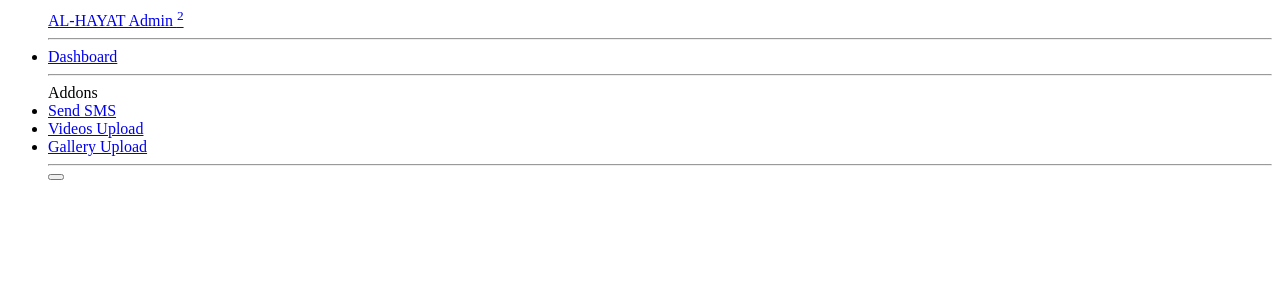
Repository: aache/alhayat
Page: http://localhost/admin/sidebar.php
These files come from the project's save history. The page is drawn as it stood at one moment and after the next save; the edit follows.
The browser window is 1280 px wide. The pictures show the whole page.
The page is run by PHP 8.4 with error messages shown; the project is at /var/www/html/.

Above is the page before, as saved 2019-04-20 10:13:51.

### admin/sidebar.php
<ul class="navbar-nav bg-gradient-primary sidebar sidebar-dark accordion" id="accordionSidebar">

<!-- Sidebar - Brand -->
<a class="sidebar-brand d-flex align-items-center justify-content-center" href="index.html">
  <div class="sidebar-brand-icon rotate-n-15">
    <i class="fas fa-laugh-wink"></i>
  </div>
  <div class="sidebar-brand-text mx-3">AL-HAYAT Admin <sup>2</sup></div>
</a>

<!-- Divider -->
<hr class="sidebar-divider my-0">

<!-- Nav Item - Dashboard -->
<li class="nav-item active">
  <a class="nav-link" href="index.php">
    <i class="fas fa-fw fa-tachometer-alt"></i>
    <span>Dashboard</span></a>
</li>

<!-- Divider -->
<hr class="sidebar-divider">

<!-- Heading -->
<div class="sidebar-heading">
  Addons
</div>

<!-- Nav Item - Charts -->
<li class="nav-item">
  <a class="nav-link" href="send_sms.php">
    <i class="fas fa-fw fa-chart-area"></i>
    <span>Send SMS</span></a>
</li>

<!-- Nav Item - Charts -->
<li class="nav-item">
  <a class="nav-link" href="videos_upload.php">
    <i class="fas fa-fw fa-chart-area"></i>
    <span>Videos Upload</span></a>
</li>

<!-- Nav Item - Charts -->
<li class="nav-item">
  <a class="nav-link" href="gallery_upload.php">
    <i class="fas fa-fw fa-chart-area"></i>
    <span>Gallery Upload</span></a>
</li>

<!-- Divider -->
<hr class="sidebar-divider d-none d-md-block">

<!-- Sidebar Toggler (Sidebar) -->
<div class="text-center d-none d-md-inline">
  <button class="rounded-circle border-0" id="sidebarToggle"></button>
</div>

</ul>

After the next save:
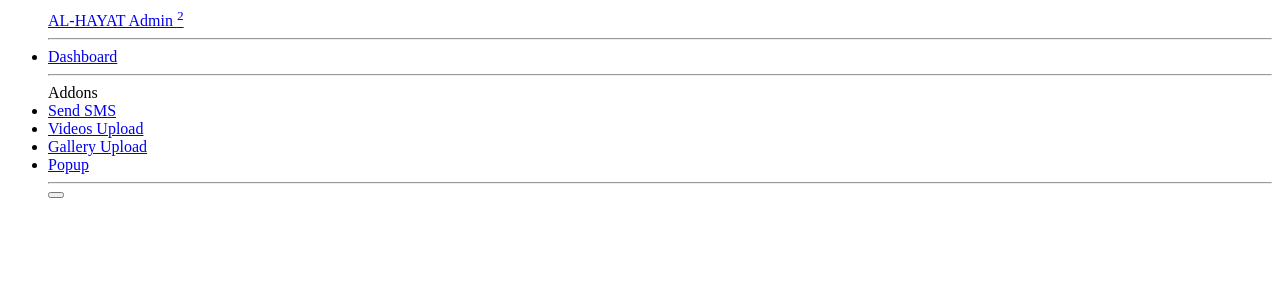
Saved 80 s later.
--- a/admin/sidebar.php
+++ b/admin/sidebar.php
@@ -47,6 +47,12 @@
     <span>Gallery Upload</span></a>
 </li>
 
+<li class="nav-item">
+  <a class="nav-link" href="gallery_upload.php">
+    <i class="fas fa-fw fa-chart-area"></i>
+    <span>Popup</span></a>
+</li>
+
 <!-- Divider -->
 <hr class="sidebar-divider d-none d-md-block">
 
